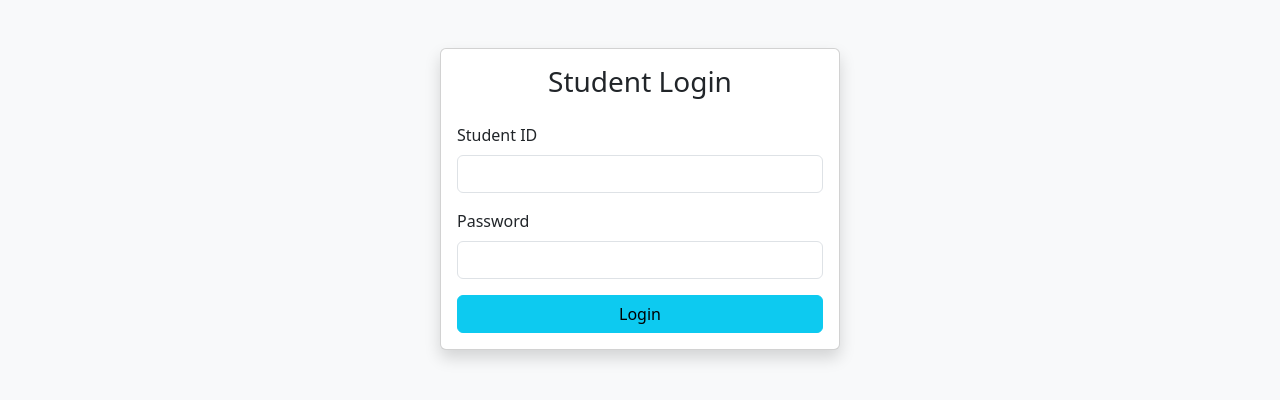
Repository: BorudePiyush/StudentMANAGEMENTSystem-using-java
Page: http://localhost/Student_management_systems/StudentLogin.jsp
The author's editor kept a copy of each file at every save. The page is drawn from the files as they stood at one save, then again after the next save.
The browser window is 1280 px wide. The pictures show the whole page.
The page is served by Tomcat 10. Other server files are loaded and not shown.

Above is the page before, as saved 2025-06-09 09:40:12.

### Student management systems/src/main/webapp/StudentLogin.jsp
<%@ page language="java" contentType="text/html; charset=ISO-8859-1"
    pageEncoding="ISO-8859-1"%>
<!DOCTYPE html>
<html lang="en">
<head>
<meta charset="ISO-8859-1">
<title>Student Login</title>
<link href="https://cdn.jsdelivr.net/npm/bootstrap@5.3.2/dist/css/bootstrap.min.css" rel="stylesheet">
</head>
<body class="bg-light">

  <div class="container mt-5">
        <div class="card mx-auto shadow" style="max-width: 400px;">
            <div class="card-body">
                <h3 class="card-title text-center mb-4">Student Login</h3>
                <form action="StudentLogin" method="post">
                    <div class="mb-3">
                        <label for="studentId" class="form-label">Student ID</label>
                        <input type="text" name="studentId" id="studentId" class="form-control" required>
                    </div>
                    <div class="mb-3">
                        <label for="studentPassword" class="form-label">Password</label>
                        <input type="password" name="password" id="studentPassword" class="form-control" required>
                    </div>
                    <button type="submit" class="btn btn-info w-100">Login</button>
                </form>
            </div>
        </div>
    </div>
</body>
</html>

After the next save:
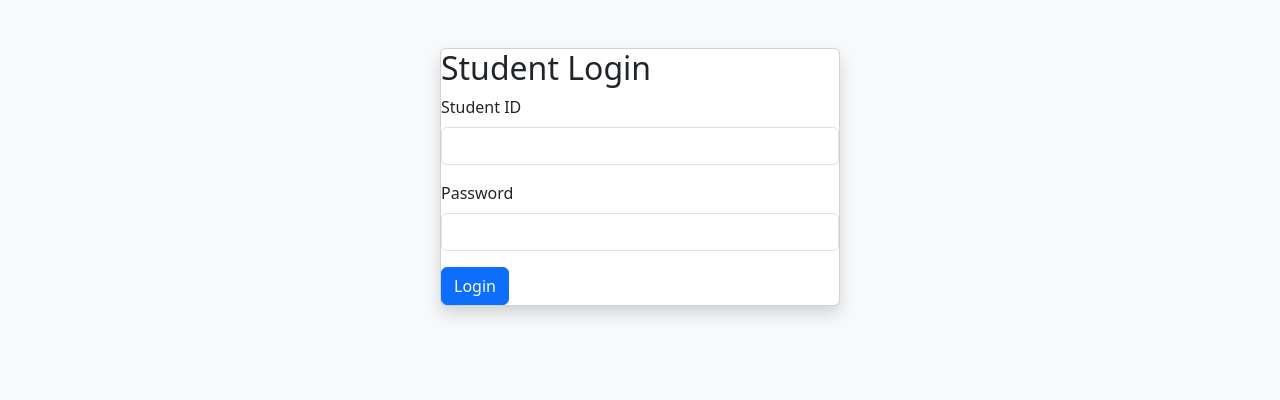
Saved 5 min 47 s later.
--- a/Student management systems/src/main/webapp/StudentLogin.jsp
+++ b/Student management systems/src/main/webapp/StudentLogin.jsp
@@ -11,21 +11,21 @@
 
   <div class="container mt-5">
         <div class="card mx-auto shadow" style="max-width: 400px;">
-            <div class="card-body">
-                <h3 class="card-title text-center mb-4">Student Login</h3>
-                <form action="StudentLogin" method="post">
-                    <div class="mb-3">
-                        <label for="studentId" class="form-label">Student ID</label>
-                        <input type="text" name="studentId" id="studentId" class="form-control" required>
-                    </div>
-                    <div class="mb-3">
-                        <label for="studentPassword" class="form-label">Password</label>
-                        <input type="password" name="password" id="studentPassword" class="form-control" required>
-                    </div>
-                    <button type="submit" class="btn btn-info w-100">Login</button>
-                </form>
-            </div>
+            <h2>Student Login</h2>
+    <% if (request.getParameter("error") != null) { %>
+        <div class="alert alert-danger"><%= request.getParameter("error") %></div>
+    <% } %>
+    <form action="StudentLogin" method="post">
+        <div class="mb-3">
+            <label for="studentId" class="form-label">Student ID</label>
+            <input type="text" name="studentId" class="form-control" required />
         </div>
-    </div>
+        <div class="mb-3">
+            <label for="password" class="form-label">Password</label>
+            <input type="password" name="password" class="form-control" required />
+        </div>
+        <button type="submit" class="btn btn-primary">Login</button>
+    </form>
+</div>
 </body>
 </html>
